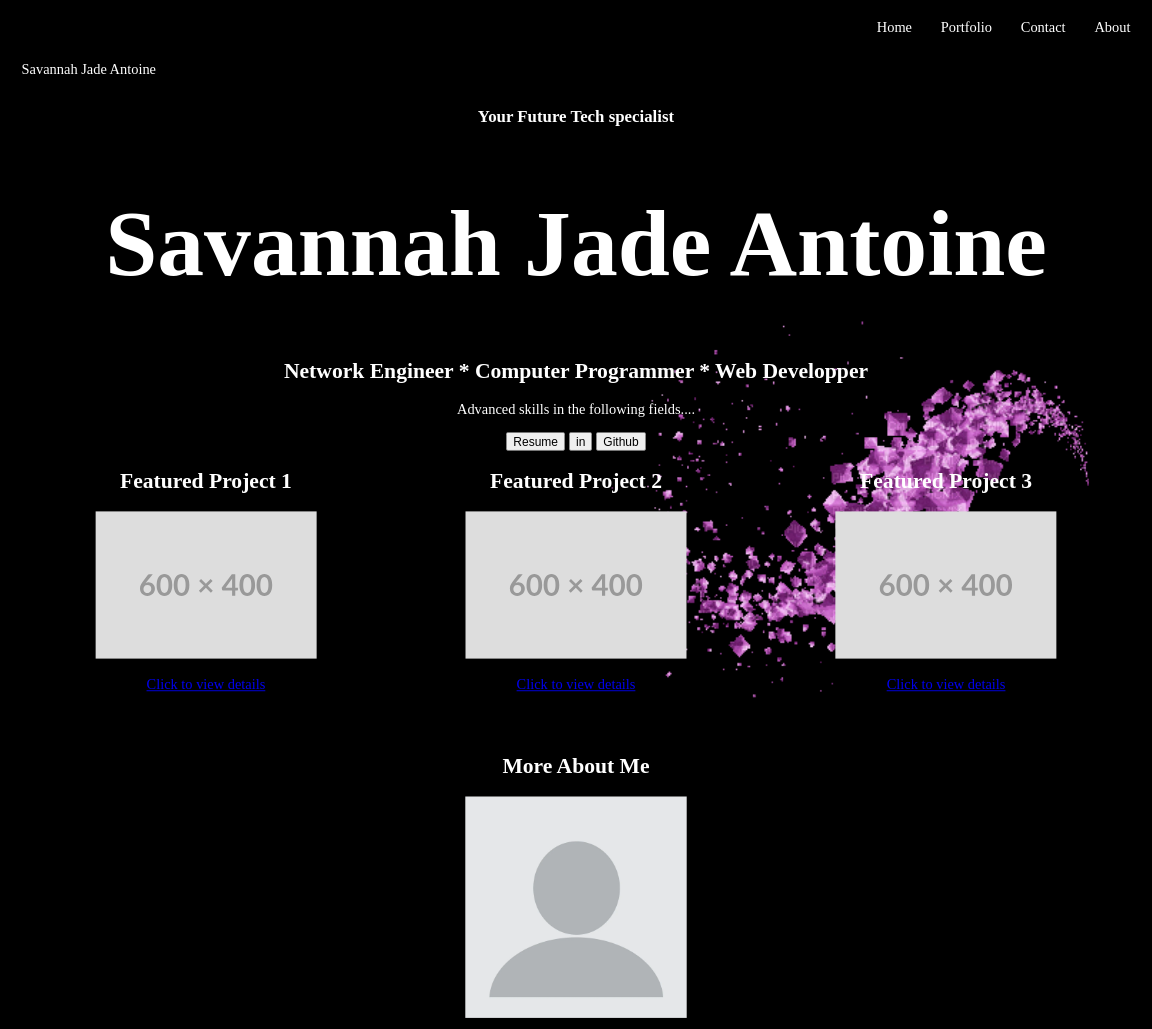
Repository: Savannah-Antoine/Savannah-Antoine
Page: index.html
The author's editor kept a copy of each file at every save. The page is drawn from the files as they stood at one save, then again after the next save.
The browser window is 1280 px wide. The pictures show the whole page, at 90% of full size.

Above is the page before, as saved 2026-05-08 17:00:44.

After the next save:
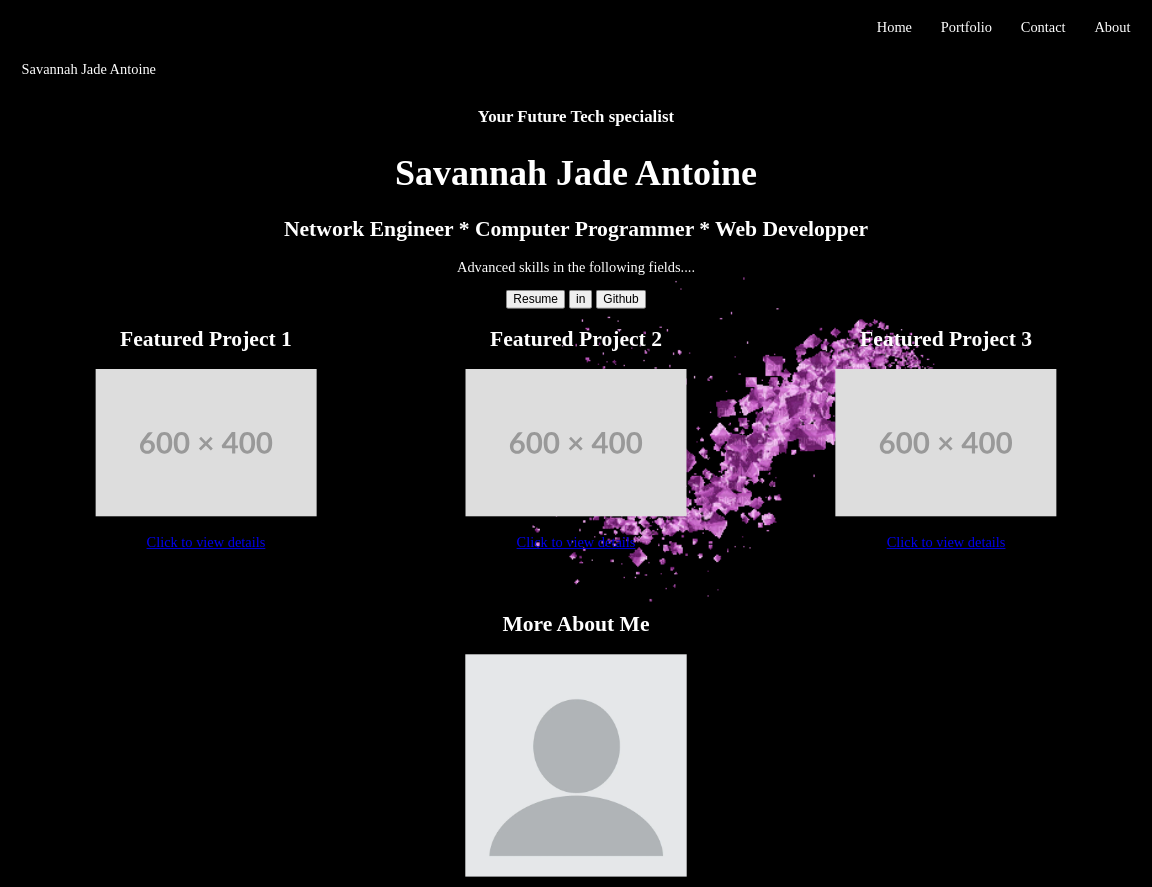
Saved 65 s later.
--- a/styles/index.css
+++ b/styles/index.css
@@ -7,7 +7,7 @@
 
 }
 body h1{
-    font-size: 3rem;
+    font-size: 2.5rem;
 
 }
 
@@ -19,7 +19,7 @@ img{
 @media screen and (min-width: 768px)
 {
     body h1{
-    font-size: 6.5rem;
+    font-size: 2.5rem;
 }
     section{
 
